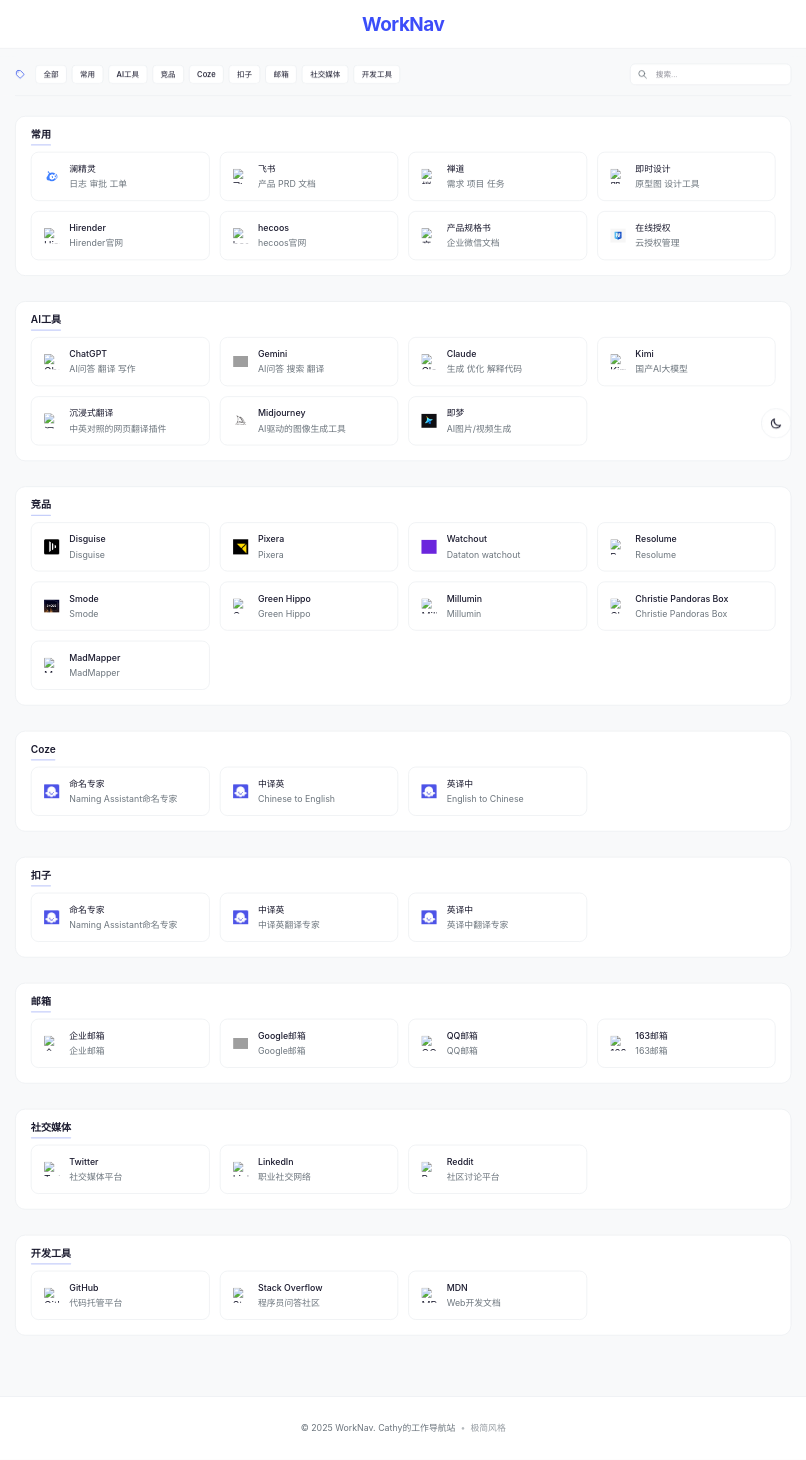
Repository: SweetPomelo0/WorkNav
Page: /
An editor plug-in stored every save of this project. The page is shown before and after the next save, followed by the edit.
The browser window is 1280 px wide. The pictures show the whole page, at 63% of full size.
Pictures or frames that could not be fetched are drawn as grey boxes. The project was rebuilt for these pictures with package versions that can differ from the ones it lists, and the page was loaded fresh each time. The framework's server and built-in components were replaced by stand-ins that run in the browser. Also part of the build but not shown: next.config.ts.

Above is the page before, as saved 2025-07-27 00:47:07.

After the next save:
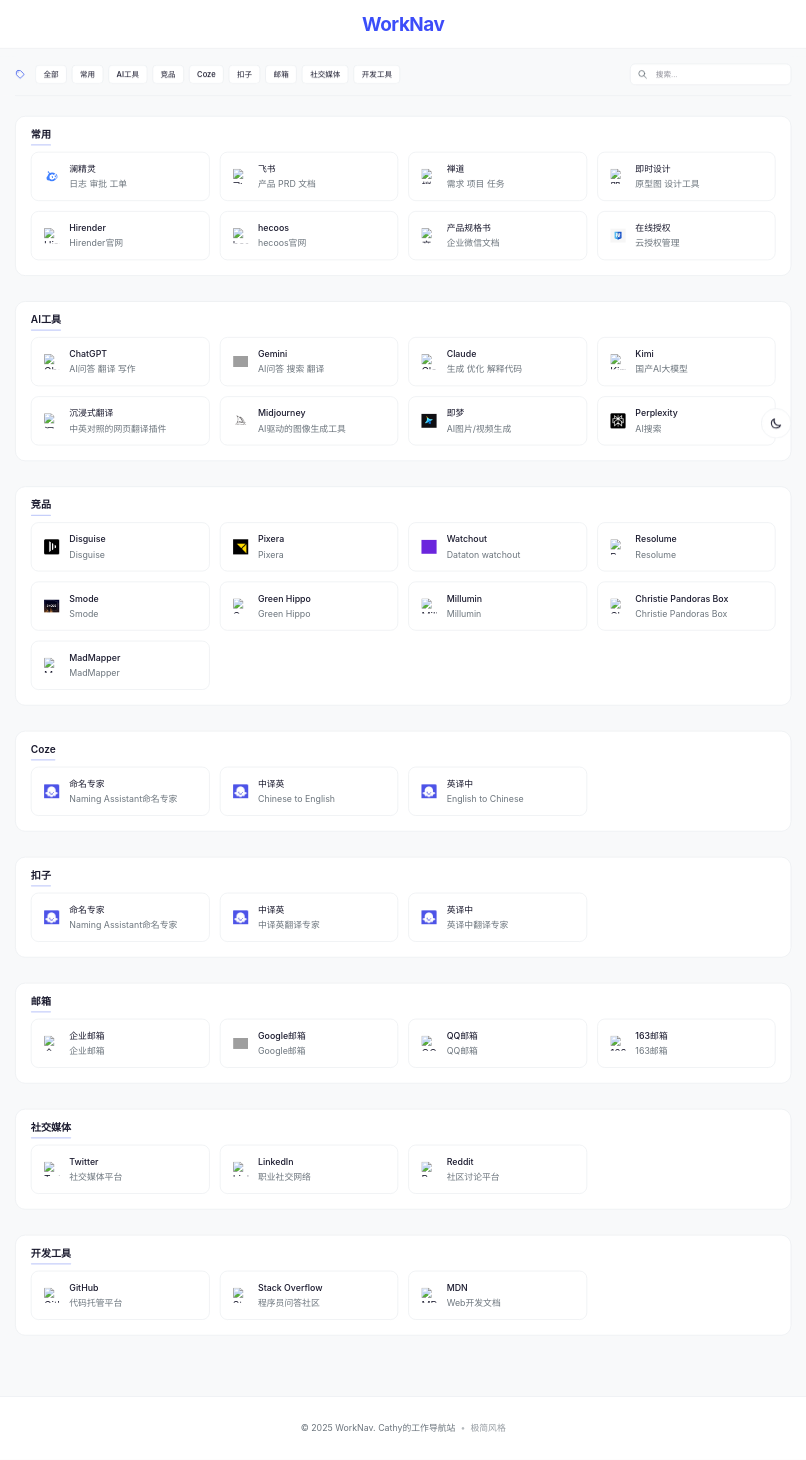
Saved 4 min 7 s later.
--- a/src/app/page.tsx
+++ b/src/app/page.tsx
@@ -79,7 +79,8 @@
         { name: "Kimi", url: "https://www.kimi.com/", desc: "国产AI大模型", icon: "https://www.kimi.com/favicon.ico" },
         { name: "沉浸式翻译", url: "https://immersivetranslate.com/zh-Hans/?utm_source=ai-bot.cn", desc: "中英对照的网页翻译插件", icon: "https://immersivetranslate.com/favicon.ico" },
         { name: "Midjourney", url: "https://www.midjourney.com/explore?tab=video_top", desc: "AI驱动的图像生成工具", icon: "/img/mj.png" },
-        { name: "即梦", url: "https://jimeng.jianying.com/ai-tool/home", desc: "AI图片/视频生成", icon: "/img/jimeng.png" }
+        { name: "即梦", url: "https://jimeng.jianying.com/ai-tool/home", desc: "AI图片/视频生成", icon: "/img/jimeng.png" },
+        { name: "Perplexity", url: "https://www.perplexity.ai/", desc: "AI搜索", icon: "/img/perplexity.png" }
 
       ]
     },
